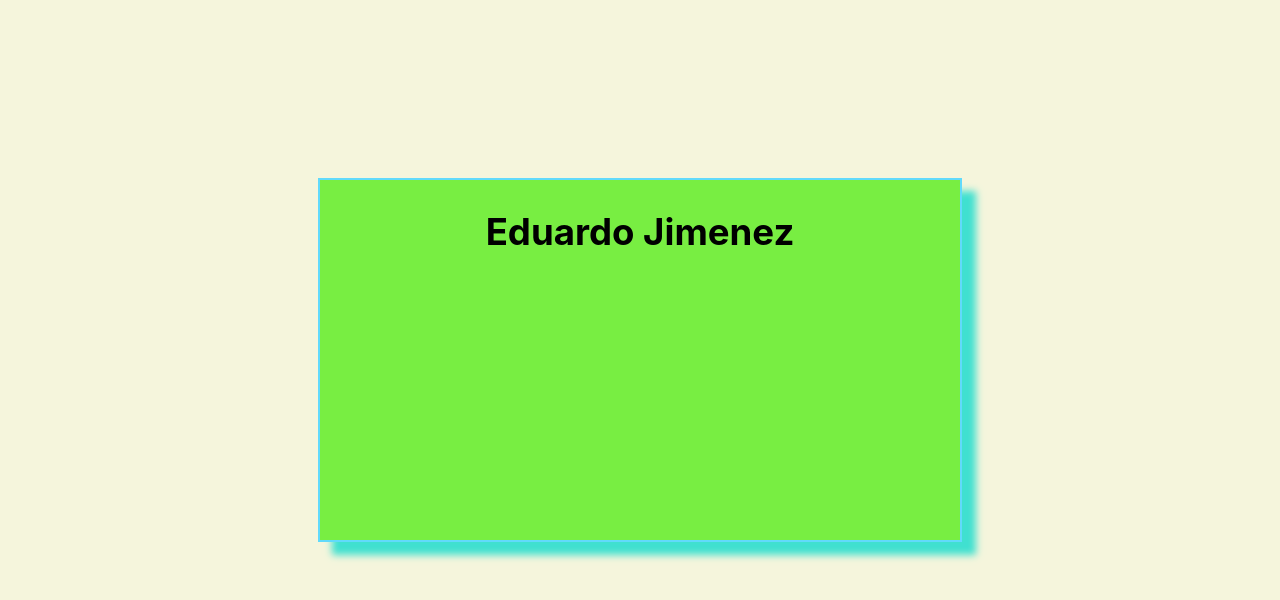
Repository: l8nightswithJS/react-my-portfolio
Page: /
An editor plug-in stored every save of this project. The page is shown before and after the next save, followed by the edit.
The browser window is 1280 px wide. The pictures show the whole page.
The project was rebuilt for these pictures with package versions that can differ from the ones it lists, and the page was loaded fresh each time.

Above is the page before, as saved 2021-04-14 23:12:37.

### src/App.js
import './App.css';


function App() {
  return (
    <div className="App">
      <header className="App-header">
        <section>
          <h1>Eduardo Jimenez</h1>
        </section>
      </header>
    </div>
  );
}

export default App;

### src/App.css
.App {
  height: 100vh;
  width: 100%;
  text-align: center;
  background-color: beige;
}

section {
  position: fixed;
  top: 0;
  bottom: 0;
  left: 0;
  right: 0;
  background-color: rgb(120, 238, 66);
  height: 50vh;
  width: 50vw;
  margin: auto;
  font-size: calc(10px + 2vmin);
  color: white;
  border: #61dafb .3vh solid;
  box-shadow: 2vh 1vw 1vh turquoise;
}

h1 {
  color: black;
}

Loaded but not shown: public/index.html (common file); src/index.js (common file); src/index.css (common file); src/reportWebVitals.js (common file)

After the next save:
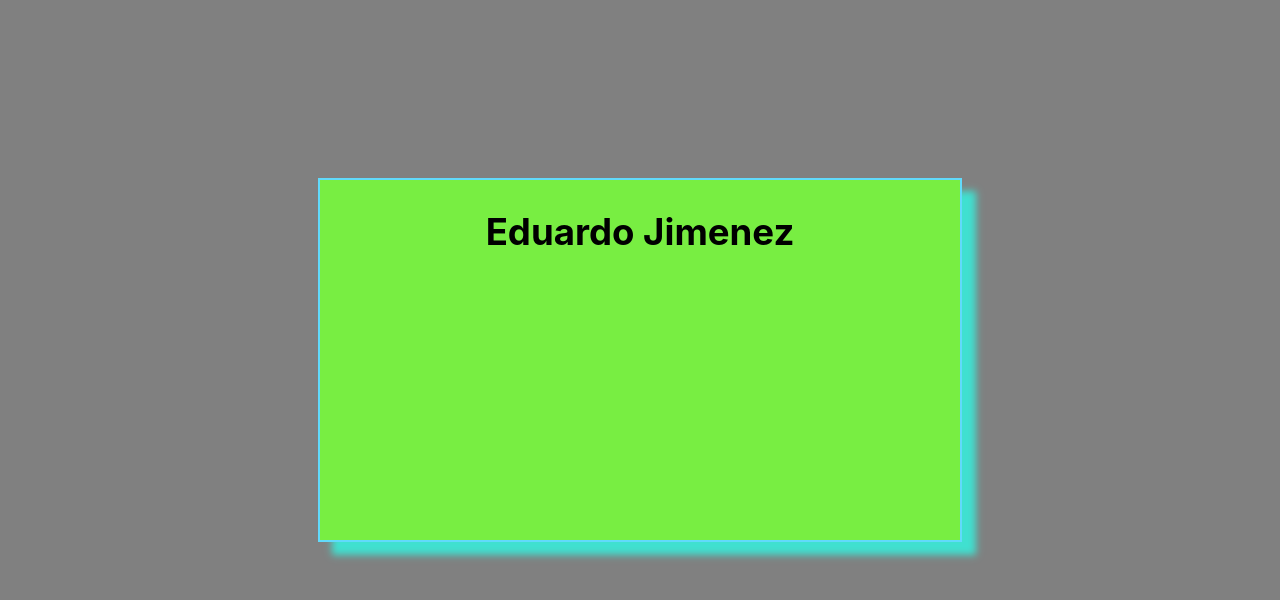
Saved 8 days later.
--- a/src/App.css
+++ b/src/App.css
@@ -2,7 +2,7 @@
   height: 100vh;
   width: 100%;
   text-align: center;
-  background-color: beige;
+  background-color: grey;
 }
 
 section {
